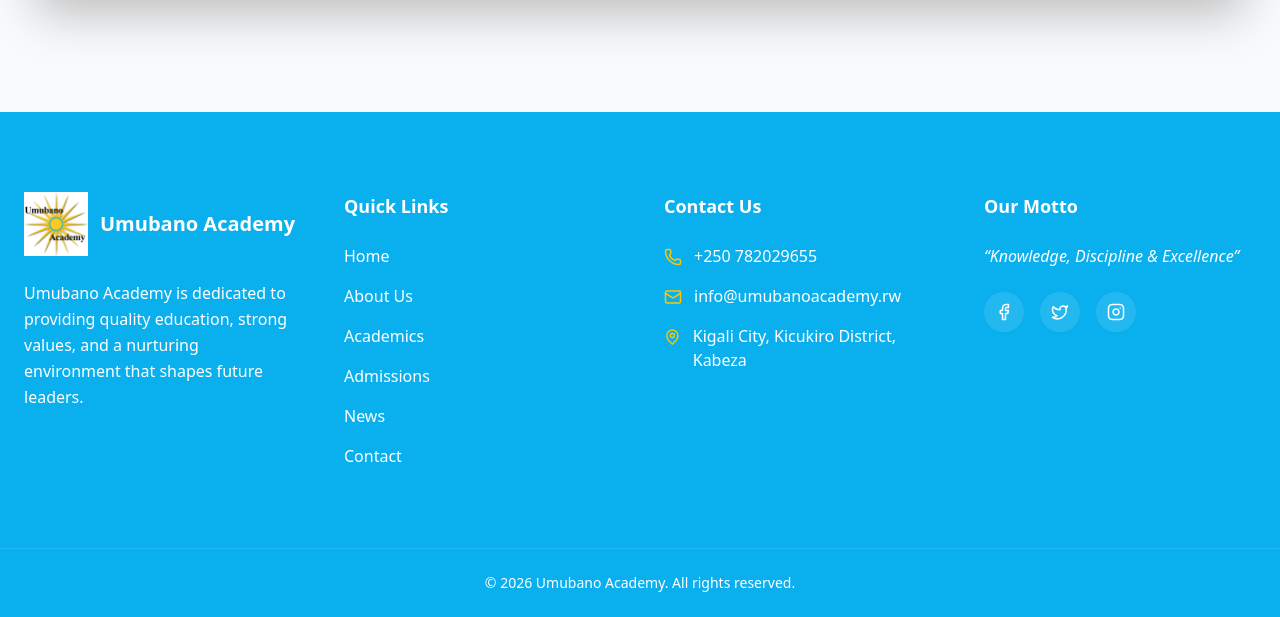
Repository: Umubano-Academy/umubano-academy-website
Page: /
These files come from the project's save history. The page is drawn as it stood at one moment and after the next save; the edit follows.
The browser window is 1280 px wide. The pictures show the part of the page from y = 5628 to 6245 px (the page is 6245 px tall).
The project was rebuilt for these pictures with package versions that can differ from the ones it lists, and the page was loaded fresh each time. Also part of the build but not shown: vite.config.js, src/components/guest/Admission.jsx, src/components/guest/Academic.jsx, src/components/guest/About.jsx, src/components/admin/sidebar/data/menuData.js, src/components/admin/sidebar/SideBar.jsx, src/components/admin/Header/Header.jsx, src/components/admin/LayOut.jsx and 4 more. Imported but missing from the stored project, and not drawn on this page: src/assets/addons/Primary-Enrolment-Handout-2025.pdf, src/assets/addons/Secondary-Enrolment-Handout-2025-2026.pdf.

Above is the page before, as saved 2026-01-20 14:45:26.

After the next save:
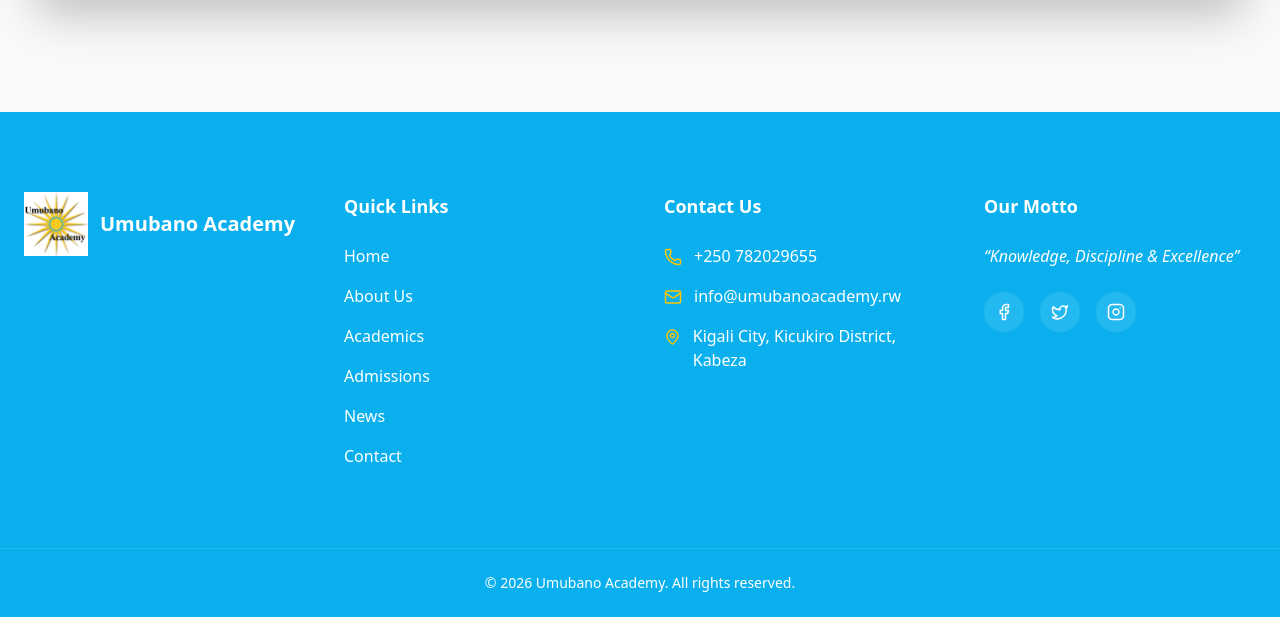
Saved 46 s later.
--- a/src/components/guest/Footer.jsx
+++ b/src/components/guest/Footer.jsx
@@ -26,11 +26,11 @@
                 Umubano Academy
               </h3>
             </div>
-            <p className="text-white leading-relaxed">
+            {/* <p className="text-white leading-relaxed">
               Umubano Academy is dedicated to providing quality education,
               strong values, and a nurturing environment that shapes future
               leaders.
-            </p>
+            </p> */}
           </div>
 
           {/* Quick Links */}

After the save that followed:
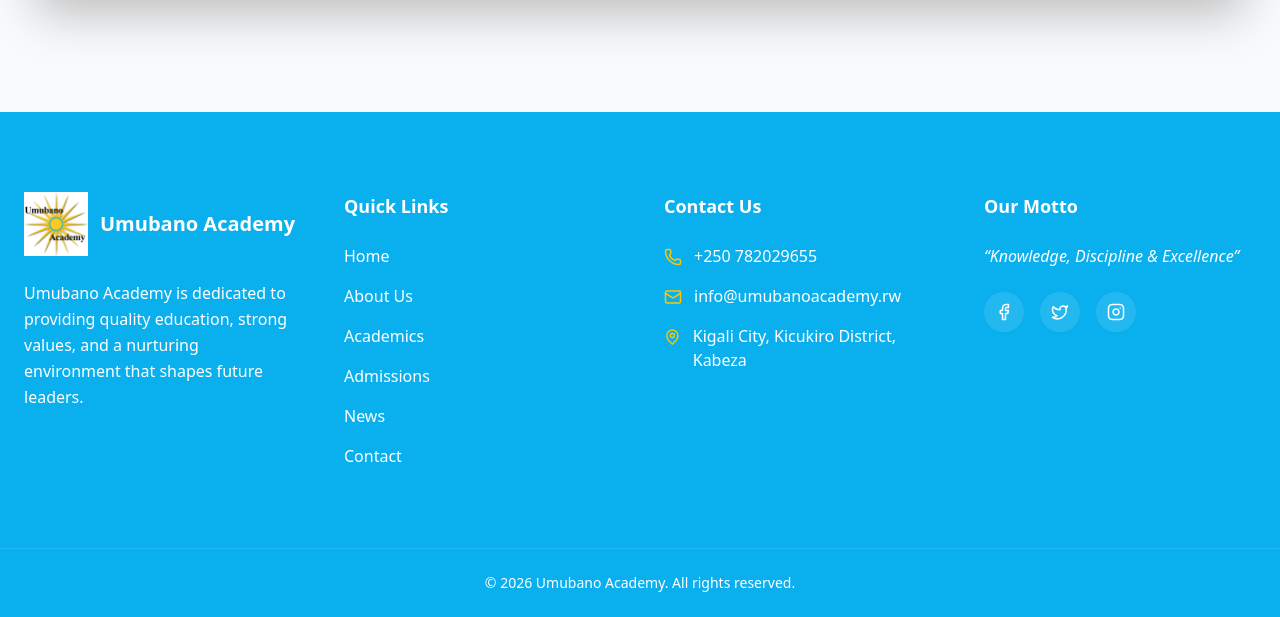
Saved 14 s later.
--- a/src/components/guest/Footer.jsx
+++ b/src/components/guest/Footer.jsx
@@ -26,11 +26,11 @@
                 Umubano Academy
               </h3>
             </div>
-            {/* <p className="text-white leading-relaxed">
+            <p className="text-white leading-relaxed">
               Umubano Academy is dedicated to providing quality education,
               strong values, and a nurturing environment that shapes future
               leaders.
-            </p> */}
+            </p>
           </div>
 
           {/* Quick Links */}
